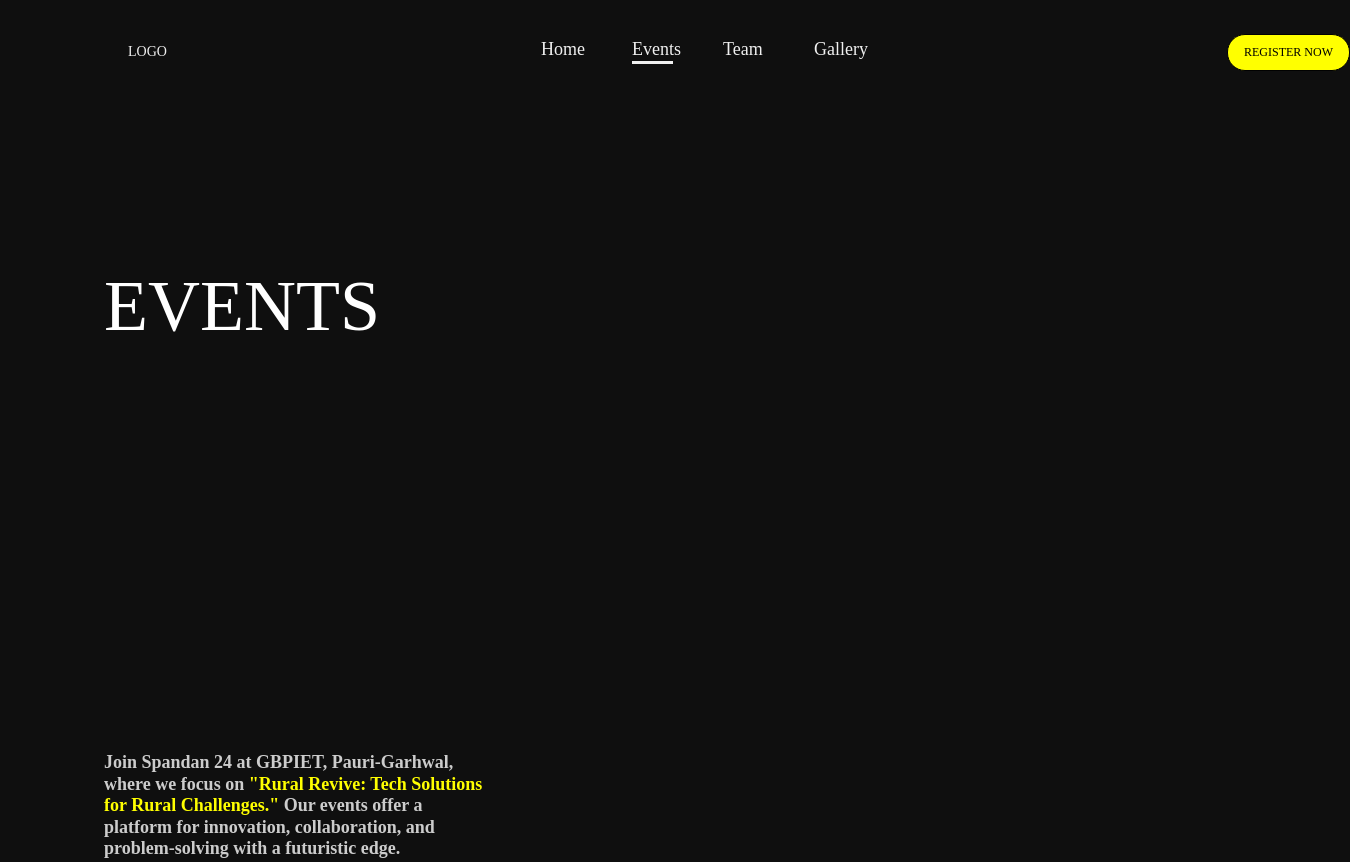
Repository: s4bbi/spandan-3.0
Page: /
The author's editor kept a copy of each file at every save. The page is drawn from the files as they stood at one save, then again after the next save.
The browser window is 1280 px wide. The page is 1350 px wide, so the pictures cover 1350 px, including what lies to the right of the window. The pictures show the whole page.
The project was rebuilt for these pictures with package versions that can differ from the ones it lists, and the page was loaded fresh each time. Also part of the build but not shown: vite.config.js, src/pages/Events/Events.jsx.

Above is the page before, as saved 2024-11-02 02:33:11.

### src/App.jsx
import React from 'react'
import Navbar from './components/Navbar/Navbar'
import { Route, Routes } from 'react-router-dom'
import Home from  './pages/Home/Home'
import Events from  './pages/Events/Events'


const App = () => {
  return (
    <div className='app'>
      <Navbar/>
      { <Routes>
        <Route path="/" element={<Home />} />
        <Route path="Events" element={<Events />} />
      </Routes> }
    </div>
  )
}

export default App

### src/components/Navbar/Navbar.jsx
import React, {useState} from 'react'
import './Navbar.css'
// import {assets} from'../../assets/assets'
const Navbar = () => {

  const [menu,setMenu] = useState("Events");
  return (
    <div className='navbar'>
        <h1 className="logo">LOGO</h1>
        <ul className="navbar-menu">
            <li onClick={()=>setMenu("Home")} className={menu=="Home"?"active":""}>Home</li>
            <li onClick={()=>setMenu("Events")} className={menu=="Events"?"active":""}>Events</li>
            <li onClick={()=>setMenu("Team")} className={menu=="Team"?"active":""}>Team</li>
            <li onClick={()=>setMenu("Gallery")} className={menu=="Gallery"?"active":""}>Gallery</li>
        </ul>


        <button>REGISTER NOW</button>
     </div>

  )
}

export default Navbar

### src/pages/Home/Home.jsx
import React from 'react'
import HeroSection from '../../components/HeroSection/HeroSection'

const Home = () => {
  return (
    <div>
      {<HeroSection/>}
    </div>
  )
}

export default Home

### src/components/Navbar/Navbar.css
.navbar{
    width: 1222px;
    height: 37px;
    margin-top: 34px;
    margin-left: 128px;
    border-radius: 20px 0px 0px 0px;
    display: flex;
    justify-content: space-between;
    align-items: center;
}

.logo{
    width: 41px;
    height: 17px;
    font-family: Gilroy-Light;
    font-size: 14px;
    font-weight: 400;
    line-height: 16.8px;
    text-align: left;
    color:#F0F0F0;
   }

.navbar-menu{
    display:flex;
    list-style:none;
    gap:50px;
    color:#F0F0F0;
    ;
   }

.navbar button{
    background:transparent;
    font-size: 12px;
    background-color:#FFFF00;
    font-family: Gilroy-SemiBold;
    border: 1px solid #010101;
    ;
    padding: 10px 16px 10px 16px;
    border-radius: 18px 18px 18px 18px;
    cursor: pointer;}
    /* transition: 0.3s; */
    /* width: Hug (132px)px; */
 /* height: Hug (37px)px;
top: 34px;
left: 1218px;
padding: 10px 16px 10px 16px;
} */

  .navbar button:hover{
    background-color:#FFFFFF;
    color: #e74c3c;
    }

  /* .navbar .active{
    padding-bottom: 3px;
    border-bottom: 3px solid #49557e;
}   */

.navbar .active {
    padding-bottom: 3px;
    border-bottom: 3px solid #F0F0F0;}
.navbar li{
    cursor: pointer;
    width: 41px;
    height: 17px;
    font-family: Gilroy-SemiBold;
    font-size: 18px;
    font-weight: 400;
    line-height: 17.15px;
    text-align: left;
}

### src/components/HeroSection/HeroSection.jsx
import React from 'react'
import "./HeroSection.css";
// import roboticHandImage from "../assets/eventsHand.webp";




const HeroSection = () => {
  return (
    <div>
      <section className="hero">
      <div className="hero-text">
        <h1 className="hero-title">EVENTS</h1>
        <p className="hero-description">
          Join Spandan 24 at GBPIET, Pauri-Garhwal, where we focus on <span className="highlight">"Rural Revive: Tech Solutions for Rural Challenges."</span> Our events offer a platform for innovation, collaboration, and problem-solving with a futuristic edge.
        </p>
      </div>
      {/* <img src={roboticHandImage} alt="Robotic Hand" className="hero-image" /> */}
    </section>
    </div>
  )
}

export default HeroSection

### src/components/HeroSection/HeroSection.css
.hero {
    display: flex;
    align-items: center;
    justify-content: space-between;
    /* padding-top: 50px;
    max-width: 1200px;
    margin: 192px; */
  }

  .hero-text {
    /* width: 50%; */
    color: white;
    padding-left: 104px;
  }

  .hero-title {
    width: 339px;
    height: 87px;
    padding-top: 192px;
    font-family: Mooner;
    font-size: 72px;
    font-weight: 400;
    line-height: 87.19px;
   }

  .hero-description {
    width: 385px;
    height: 110px;
    padding-top: 402px;
    font-family: Exo 2;
    font-size: 18px;
    font-weight: 600;
    line-height: 21.6px;
    color: #ccc;
  }

  .highlight {
    color: yellow;
    font-weight: bold;
  }

  .hero-image {
    width: 45%;
    max-width: 500px;
    height: auto;
  }

### public/style.css
*{
    margin:0px;
    padding:0px;
}

body{
    background-color: #0f0f0f;
}

Loaded but not shown: index.html (common file); src/main.jsx (common file); src/pages/Events/Events.css (no stored copy; drawn as an empty file)

After the next save:
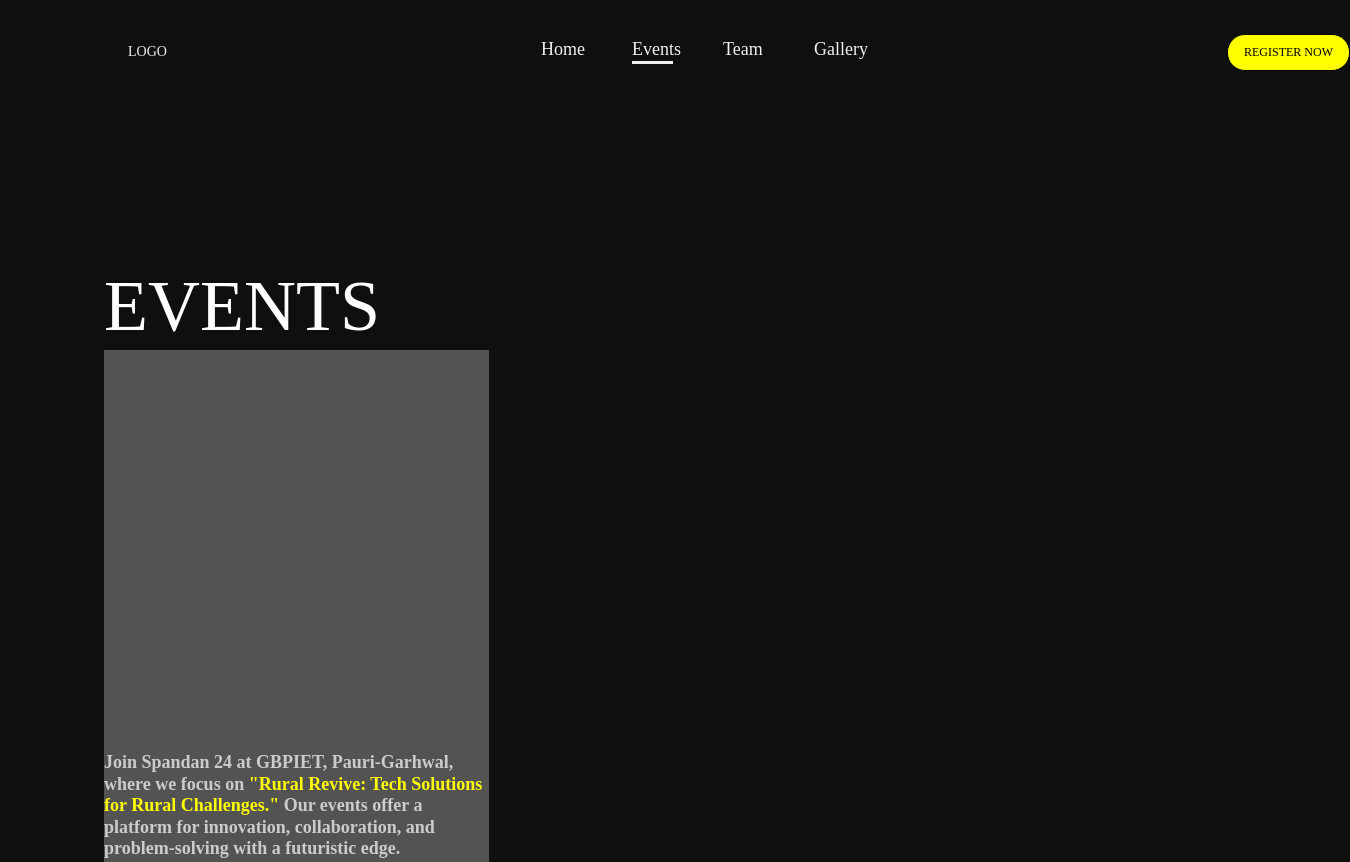
Saved 34 s later.
--- a/src/components/HeroSection/HeroSection.css
+++ b/src/components/HeroSection/HeroSection.css
@@ -32,6 +32,8 @@
     font-weight: 600;
     line-height: 21.6px;
     color: #ccc;
+    background: #535353;
+
   }
 
   .highlight {

After the 2 saves that followed:
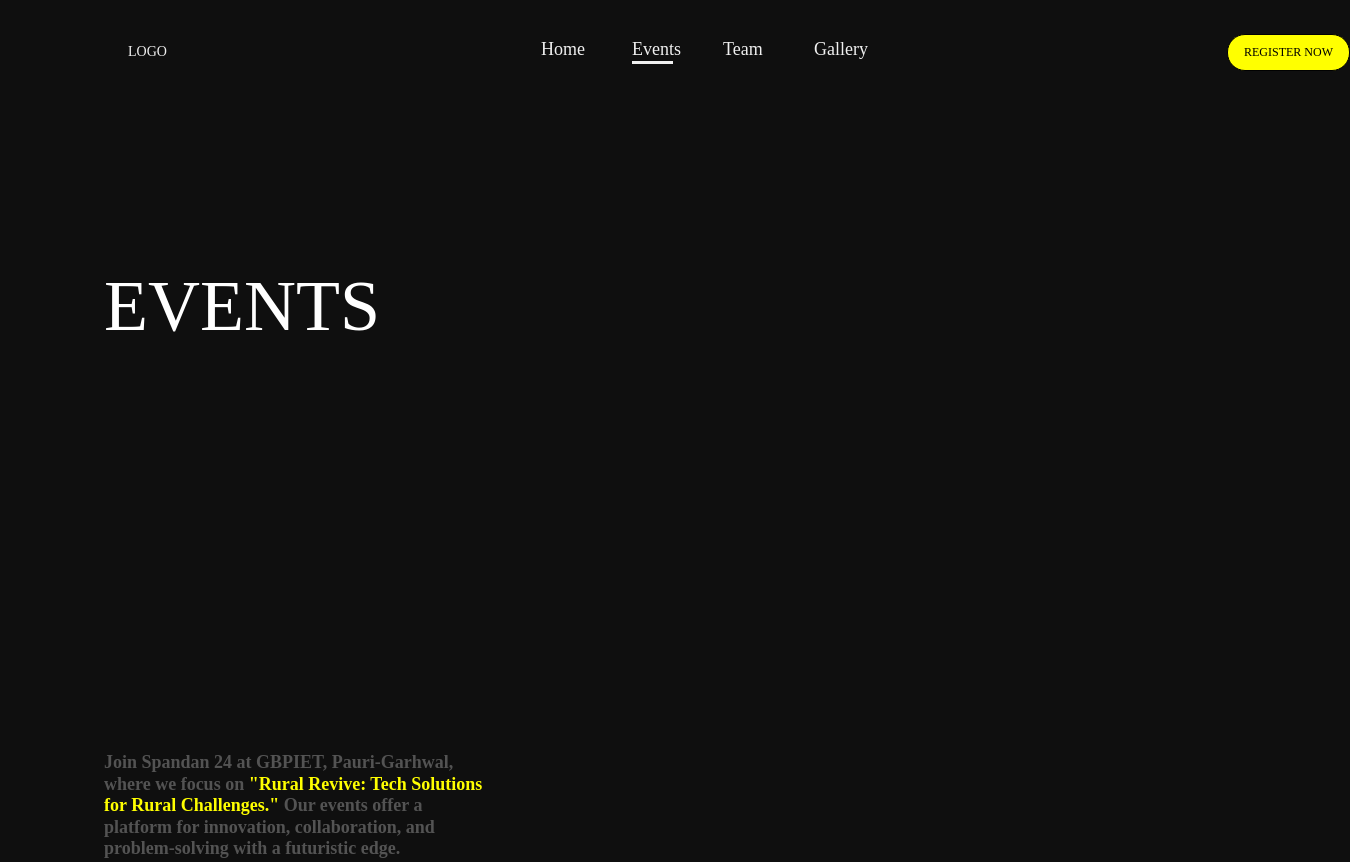
The 2 saves are shown as one change because they came seconds apart.
The last was saved 7 s later.
--- a/src/components/HeroSection/HeroSection.css
+++ b/src/components/HeroSection/HeroSection.css
@@ -32,7 +32,7 @@
     font-weight: 600;
     line-height: 21.6px;
     color: #ccc;
-    background: #535353;
+    color: #535353;
 
   }
 
